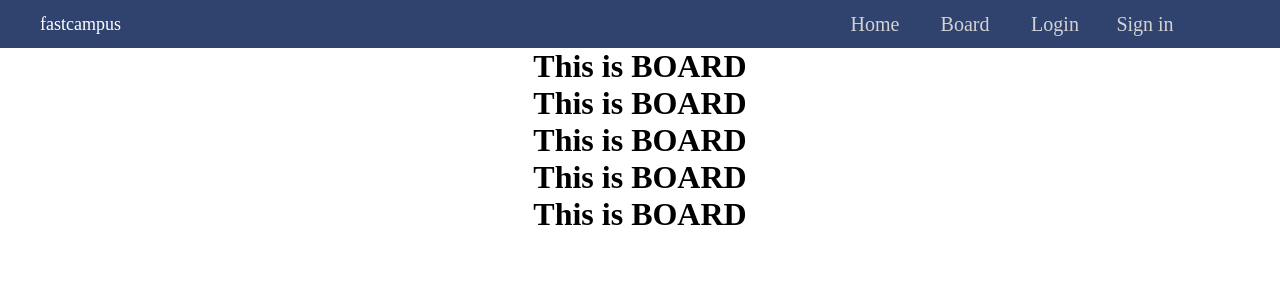
Repository: ReneeKang/Spring_jungsuk
Page: http://localhost/ch2/
These files come from the project's save history. The page is drawn as it stood at one moment and after the next save; the edit follows.
The browser window is 1280 px wide. The pictures show the whole page.
The page is served by Tomcat 9.

Above is the page before, as saved 2022-04-17 15:02:00.

After the next save:
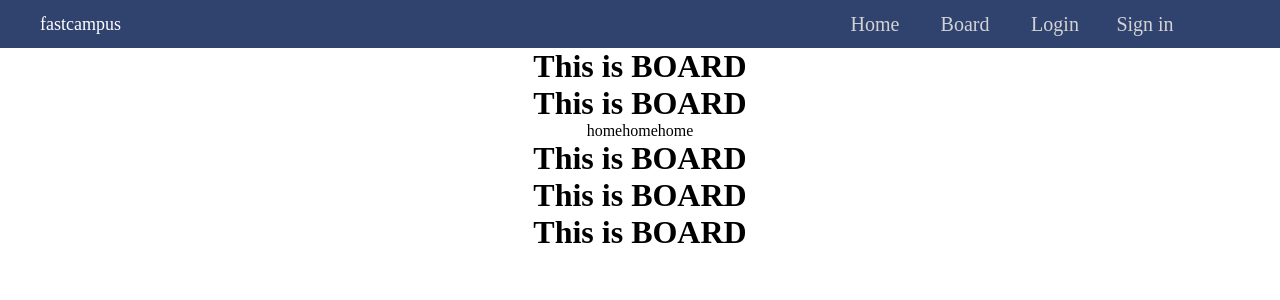
Saved 2 min 40 s later.
--- a/ch2/src/main/webapp/WEB-INF/views/index.jsp
+++ b/ch2/src/main/webapp/WEB-INF/views/index.jsp
@@ -22,7 +22,7 @@
 	</ul>
 </div><div style="text-align:center">
 	<h1>This is BOARD</h1>
-	<h1>This is BOARD</h1>
+	<h1>This is BOARD</h1>homehomehome
 	<h1>This is BOARD</h1>
 	<h1>This is BOARD</h1>
 	<h1>This is BOARD</h1>
